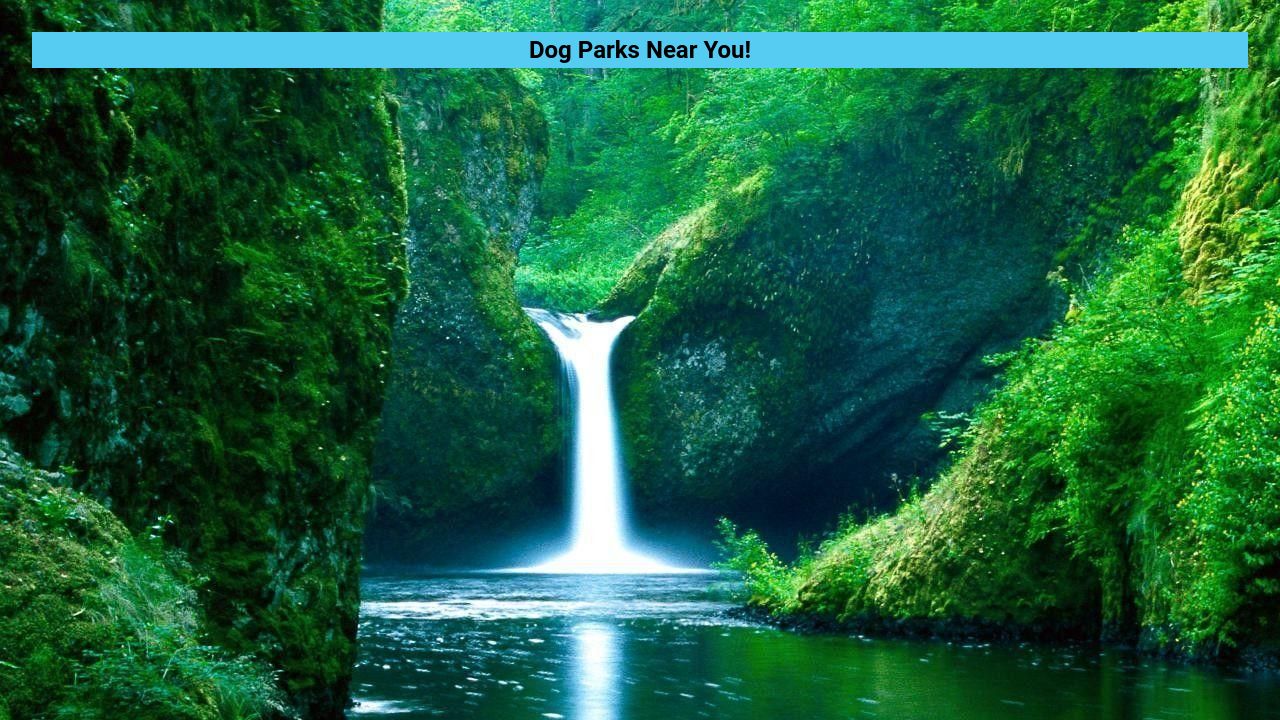
Repository: gee-ell-bee/artdm174lab7
Page: index.html
These files come from the project's save history. The page is drawn as it stood at one moment and after the next save; the edit follows.
The browser window is 1280 px wide. The pictures show the whole page.
Some web libraries are served in a nearby version.

Above is the page before, as saved 2022-05-11 12:13:04.
Console error: SyntaxError: Cannot use import statement outside a module

### index.html
<!DOCTYPE html>
<html lang="en">
<head>
    <meta charset="UTF-8">
    <meta http-equiv="X-UA-Compatible" content="IE=edge">
    <meta name="viewport" content="width=device-width, initial-scale=1.0">

    <title>Grey's ARTDM 174 Lab 7</title>
    <meta name="author" content="Grey Larrain Bratt">

    <link rel="stylesheet" href="https://unpkg.com/leaflet@1.8.0/dist/leaflet.css"
        integrity="sha512-hoalWLoI8r4UszCkZ5kL8vayOGVae1oxXe/2A4AO6J9+580uKHDO3JdHb7NzwwzK5xr/Fs0W40kiNHxM9vyTtQ=="
        crossorigin="">
    <link rel="stylesheet" href="main.css" type="text/css">
    <script src="https://unpkg.com/leaflet@1.8.0/dist/leaflet.js"
        integrity="sha512-BB3hKbKWOc9Ez/TAwyWxNXeoV9c1v6FIeYiBieIWkpLjauysF18NzgR1MBNBXf8/KABdlkX68nAhlwcDFLGPCQ=="
        crossorigin=""></script>
    <script defer src="js/main.js"></script>
</head>
<body id="main">
    <main>
        <section id="container" class="words">
            <header>
            <h1>Dog Parks Near You!</h1>
            </header>
            <section class="parkList">
                <ul id="parkList"></ul>
            </section>
        </section>
        <section class="map">
            <div id="map"></div>
        </section>
    </main>
</body>
</html>

### main.css
@import url('https://fonts.googleapis.com/css2?family=Lora&family=Work+Sans&display=swap');


*,
*::before,
*::after {
    box-sizing: border-box;
}

* {
    margin: 0;
}

body {
    font-family: 'Roboto', sans-serif;
    line-height: 1.5;
    -webkit-font-smoothing: antialiased;
    background-image: url(/images/background.jpg);
    background-attachment: fixed;
}

img,
picture,
video,
canvas,
svg {
    display: block;
    max-width: 100%;
}

input,
button,
textarea,
select {
    font: inherit;
}

p,
h1,
h2,
h3,
h4,
h5,
h6 {
    overflow-wrap: break-word;
}

#root,
#__next {
    isolation: isolate;
}

/* #region MOBILE */
main {
    margin: 2rem;
    width: auto;
    height: 100%;
    display: grid;
    grid-template-columns: 1fr;
    grid-template-rows: 1fr 2fr;
    grid-gap: 3rem;
}

.words {
    width: 100%;
    height: 100%;
}

.words h1 {
    text-align: center;
}

.words .parkList {
    overflow-y: scroll;
    max-height: 55vh;
}

#map {
    height: 300px;
}

.leaflet-bottom {
    opacity: .5;
}

li{
    background-color: #56CCF2;
    margin: 1rem;
    padding: 1rem;
    border-radius: 25px;
}

header{
    background-color: #56CCF2;

}

### js/main.js
import { Keychain } from "./keys.js"; // import API keys
import { caCities } from "./ca-cities-json.js"; // import cities data

const searchButton = document.getElementById("button");
const searchField = document.getElementById("search");
let cityElem = document.getElementById("cityName");
var cityName = "Alamo";
var cityLat = 37.85020000;
var cityLon = -122.03218000;

let list = document.getElementById("parkList");
let place = {
    name: cityName,
    lat: cityLat,
    lon: cityLon,

    top: function(lat) {
        return lat + 0.202553;
    },
    left: function(lon) {
        return lon - 0.484093;
    },
    btm: function(lat) {
        return lat - 0.51;
    },
    right: function(lon) {
        return lon + 0.761822;
    }
};

updateHTML();

// check data matches for Alamo
//console.log("topLeft=38.066068,-122.457460&btmRight=37.353515,-121.211545");
//console.log("topLeft=", place.top(place.lat), ",", place.left(place.lon), "&btmRight=", place.btm(place.lat), ",", place.right(place.lon));

// init map
 let map = L.map("map").setView([place.lat, place.lon], 10);
 L.tileLayer("https://{s}.basemaps.cartocdn.com/rastertiles/voyager_labels_under/{z}/{x}/{y}{r}.png", {
    attribution: "&copy; <a href='https://www.openstreetmap.org/copyright'>OpenStreetMap</a> contributors &copy; <a href='https://carto.com/attributions'>CARTO</a>",
    subdomains: "abcd",
    maxZoom: 20})
    .addTo(map);

document.addEventListener("DOMContentLoaded", init);

function init() {
    console.log(searchField, searchButton);

    updateTitle;

    // init You Are Here Marker
    let youreHereMarker = L.circleMarker([place.lat, place.lon], {
        opacity: .7,
        radius: 7,
        fillOpacity: .3
    })
        .addTo(map)
        .bindPopup(`<h2>${place.name}</h2>`)
    ;

    // show parsed parks data points
     filterParks();

    //searchbar events
        // searchbar filtering while typing function:
         //searchField.addEventListener("input", searchInput);

        // find city
         searchButton.addEventListener("click", search);
};

function searchInput(e) {
    let value = e.target.value;
    console.log(value);
};

function search(e) {
    e.preventDefault();
    let value = searchField.value;
    console.log(value);
};

function updatePlaceholder() {
    // change placeholder text to currently search city
     searchField.placeholder = cityName;
    //check placeholder
     console.log(searchField.placeholder);
}

function updateTitle() {
    // update title span contents
    cityElem.innerHTML = `${place.name}`;
    console.log(cityElem.parentElement);
}

function updateHTML() {
    updatePlaceholder();
    updateTitle();
}

function refreshMap() {
    updateHTML();

    // match new city to title
     updateTitle;
    // update map
    map = L.map("map").setView([place.lat, place.lon], 10);
    // update You Are Here Marker
    youreHereMarker = L.circleMarker([place.lat, place.lon], {
        opacity: .7,
        radius: 5,
        fillOpacity: .3
    })
        .addTo(map)
        .bindPopup(`<h2>${place.name}</h2>`)
    ;
};

async function getParks() {
    try {
        const response = await fetch(`https://api.tomtom.com/search/2/poiSearch/dog+park.json?key=${Keychain.tom.pass}&limit=100&ofs=0&countryset=US&lat=${place.lat}&lon=${place.lon}&topLeft=${place.top(place.lat)},${place.left(place.lon)}&btmRight=${place.btm(place.lat)},${place.right(place.lon)}&language=en-US&categoryset=9362&relatedpois=all`);
        const baseData = await response.json();
        const data = baseData.results;
        return data;
    } catch(err) {
        console.log("Parks Fetch Error:", err);
    };
};

async function filterParks() {
    try {
        let fullList = await getParks();
        fullList.forEach((park) => {
            // filter to parks within limit range
            if(park.position.lon < place.right(place.lon)
                && park.position.lon > place.left(place.lon)) {
                if(park.position.lat > place.btm(place.lat)
                && park.position.lat < place.top(place.lat)) {
                    // create an object with the following properties
                    var parkContent = new Location(park.id, park.position.lat, park.position.lon, park.poi.name, park.address.freeformAddress);
                    // create a list item for each park
                    let newLI = new DocumentFragment;
                    let newListItem = document.createElement('LI');
                    // add identifier
                    newListItem.id = `p${parkContent.id}`;
                    // populate list item
                    newListItem.innerHTML = `<h1>${parkContent.name}</h1>
                    <p class="address">${parkContent.address}</p>
                    <a class="mapIt" target="_blank" href="https://www.google.com/maps/search/${parkContent.nameUrl}/@${parkContent.lat},${parkContent.lon}">Get Directions</a>`;
                    // append list item to list
                    newLI.appendChild(newListItem);
                    list.appendChild(newLI);

                    // create plot point for park
                    const dogPark = L.circle([park.position.lat, park.position.lon], {
                        color: 'rgba(230, 60, 60, .6)', // bright & semiopaque cherry red
                        radius: 5,
                        fillColor: 'rgb(230, 60, 60)', // bright cherry red
                        fillOpacity: .7
                    }).addTo(map)
                    // create pop-up with basic info -- for later: include link to html list item?
                    .bindPopup("<h1>" + park.poi.name + "</h1>" +
                        "<p>" + park.address.streetName + "<br>" +
                        park.address.municipality + ", " + park.address.countrySubdivision + " " + park.address.postalCode + "</p>"
                    );
                };
            };
        });
    } catch(err) {
        console.log("Parks Filter Error:", err)
    };
};

function Location(id, lat, lon, name, address) {
    // computational IDs
    this.id = "l" + id;
    this.lat = lat;
    this.lon = lon;

    // client-side info
    this.name = name;
    this.address = address;
    this.favorite = false;
    this.nameUrl = name.replaceAll(" ", "+");
};

// FOR ROAD GOAT
/*var roadOptions = {
    'method': 'GET',
    'hostname': 'api.roadgoat.com',
    'path': '/api/v2/destinations/new-york-ny-usa',
    'headers': {
      'Authorization': `Basic NDBlOGJlZDIxY2RjNGJiOWJmNWE2YzNmNmNmNzhjMjE6YTRlZjljNjdhYTU5N2UzZDE2ZjQ2NTljMDJjOTZjNDE=`
    },
    'maxRedirects': 20
};

var roadHeader = new Headers(roadOptions);*/


// FOR ROAD GOAT
/*async function getRoadInfo() {
    try {
        const response = await fetch("https://api.roadgoat.com/api/v2/destinations/new-york-ny-usa", { headers: roadHeader});
        console.log(response);
    } catch(err) {
        console.log("Road Fetch Error:", err)
    };
};*/

/*
fetch("https://api.roadgoat.com/api/v2/destinations/");*/

//fetch("dogpark.json")
/*fetch(`https://api.tomtom.com/search/2/poiSearch/dog+park.json?key=${Keychain.tom.pass}&limit=100&ofs=0&countryset=US&lat=${place.lat}&lon=${place.lon}&topLeft=${place.top(place.lat)},${place.left(place.lon)}&btmRight=${place.btm(place.lat)},${place.right(place.lon)}&language=en-US&categoryset=9362&relatedpois=all`)
    .then((response) => response.json())
    .then((baseData) => {
        let data = baseData.results;
        data.forEach((park) => {
            if(park.position.lon < place.right(place.lon)
                && park.position.lon > place.left(place.lon)) {
                if(park.position.lat > place.btm(place.lat)
                && park.position.lat < place.top(place.lat)) {
                    // create an object with the following attributes
                    var parkContent = new Location(park.id, park.position.lat, park.position.lon, park.poi.name, park.address.freeformAddress);
                    // create HTML elements
                    let newLI = new DocumentFragment;
                    let newListItem = document.createElement('LI');
                    newListItem.id = parkContent.id;
                    newListItem.innerHTML = `<h1>${parkContent.name}</h1>
                    <p class="address">${parkContent.address}</p>
                    <a class="mapIt" target="_blank" url="https://www.google.com/maps/search/${parkContent.nameUrl}/@${parkContent.lat},${parkContent.lon}">Get Directions</a>`;
                    // append HTML elements
                    newLI.appendChild(newListItem);
                    list.appendChild(newLI);

                    // create plot point for park
                    var dogPark = L.circle([park.position.lat, park.position.lon], {
                        color: 'rgba(230, 60, 60, .6)',
                        radius: 12,
                        fillColor: 'rgb(230, 60, 60)'
                    }).addTo(map)
                    // create pop-up with basic info
                    .bindPopup("<h1>" + park.poi.name + "</h1>" +
                        "<p>" + park.address.streetName + "<br>" +
                        park.address.municipality + ", " + park.address.countrySubdivision + " " + park.address.postalCode + "</p>"
                    );
                };
            };
        });
    })
    .catch(err => console.log("LOCATION error:", err));
*/

After the next save:
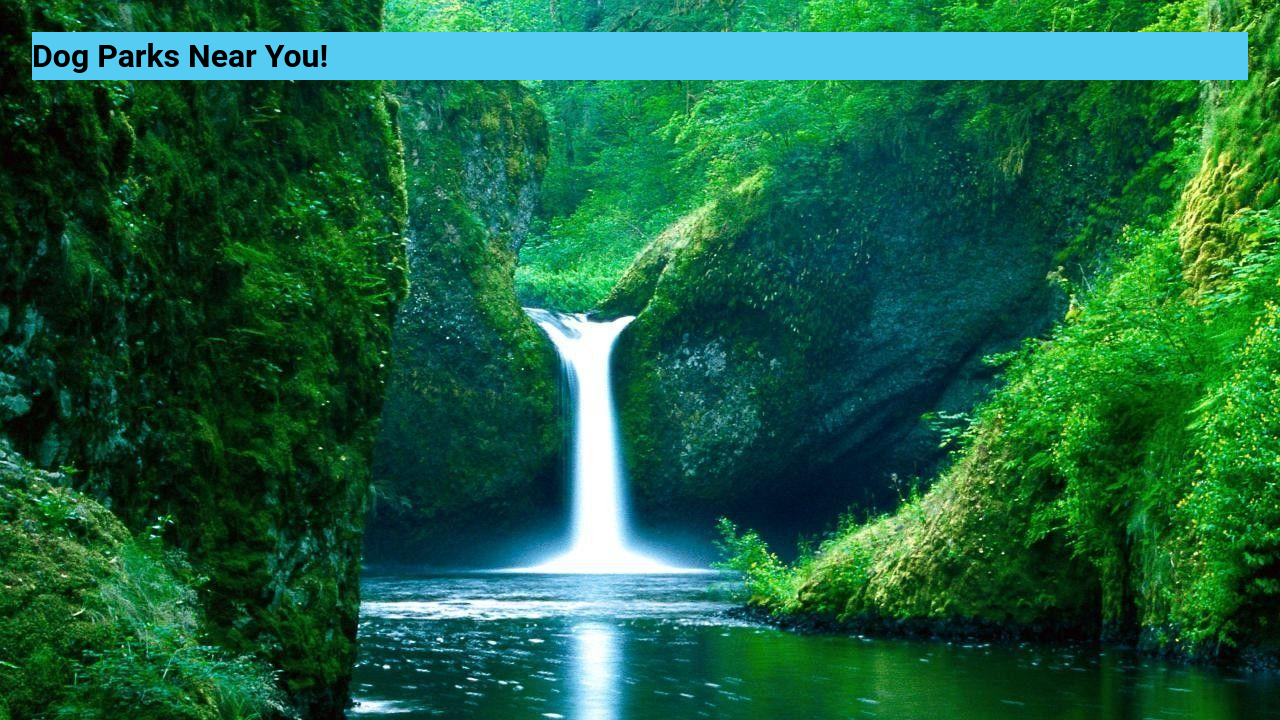
Saved 31 s later.
--- a/index.html
+++ b/index.html
@@ -19,10 +19,11 @@
 </head>
 <body id="main">
     <main>
-        <section id="container" class="words">
-            <header>
+        <header>
             <h1>Dog Parks Near You!</h1>
             </header>
+        <section id="container" class="words">
+
             <section class="parkList">
                 <ul id="parkList"></ul>
             </section>
